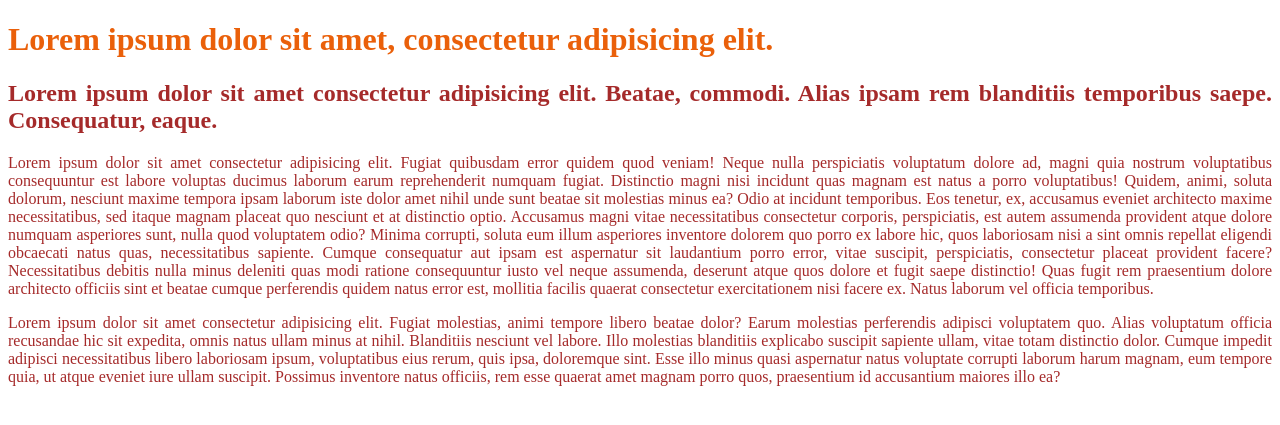
Repository: anjalipatel-dev/web-dev-learning-journey
Page: 02_css_concept/01_basics/index.html
An editor plug-in stored every save of this project. The page is shown before and after the next save, followed by the edit.
The browser window is 1280 px wide. The pictures show the whole page.

Above is the page before, as saved 2025-10-03 20:22:34.

After the next save:
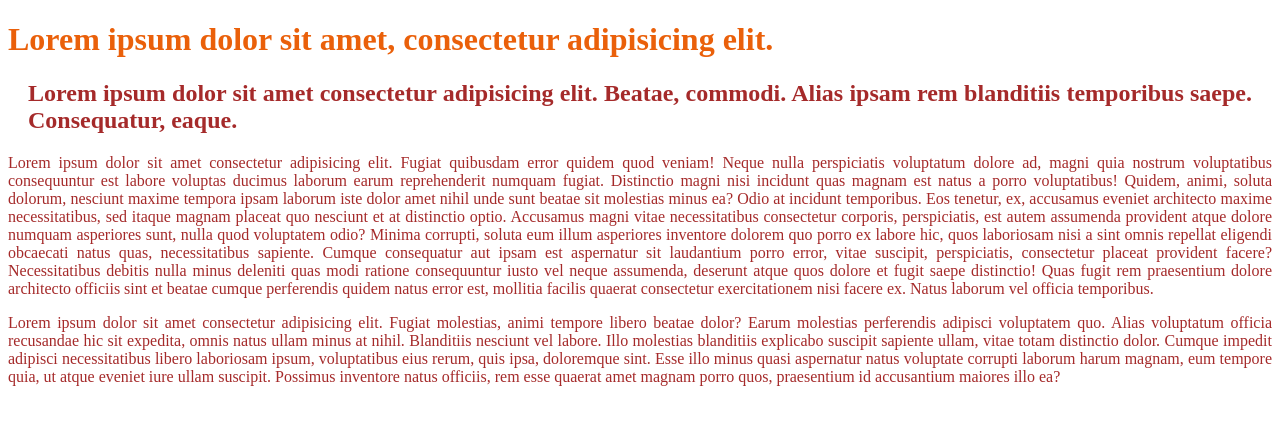
Saved 73 s later.
--- a/02_css_concept/01_basics/style.css
+++ b/02_css_concept/01_basics/style.css
@@ -1,3 +1,5 @@
 .heading{
     font-family: cursive;
+    padding-left: 20px;
+    padding-right: 20px;
 }
